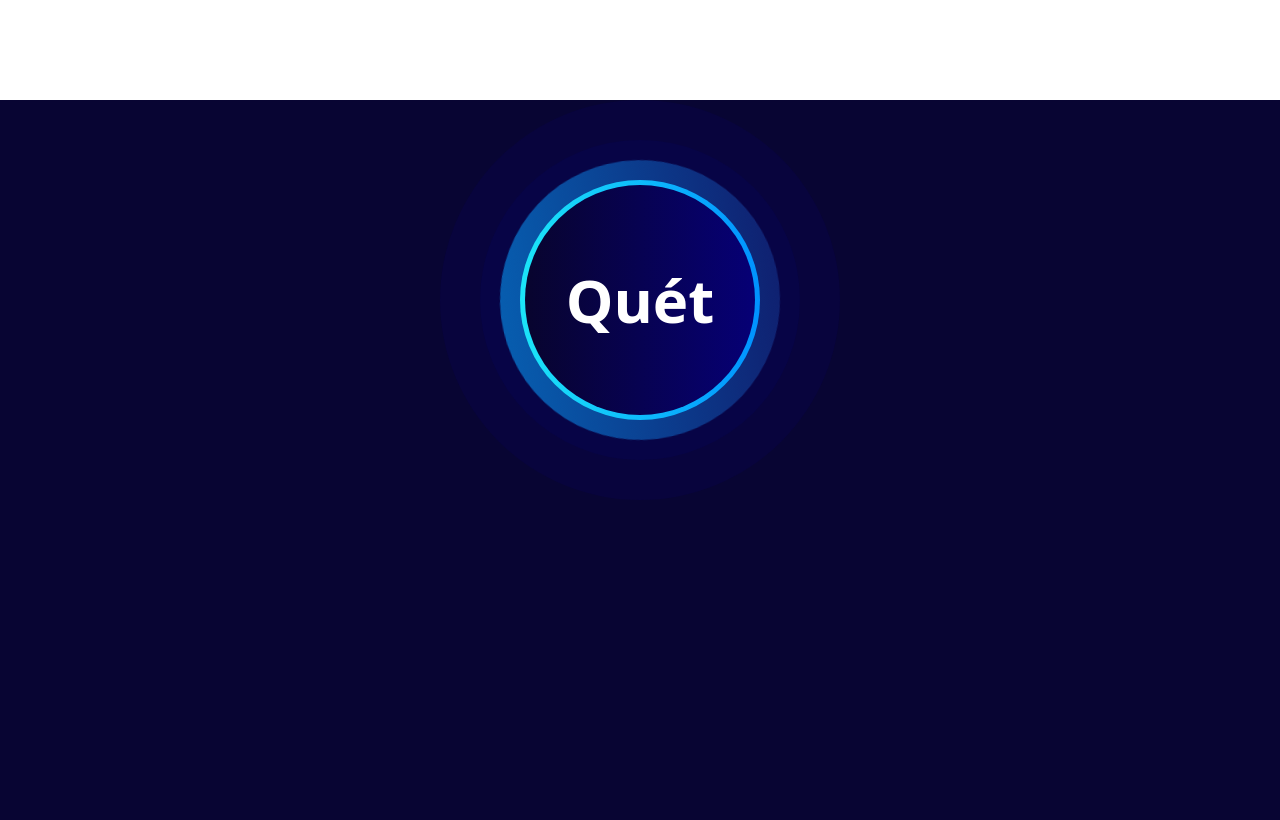
Repository: Kiendz3202/anti-virus-landingpage-mobile
Page: /
These files come from the project's save history. The page is drawn as it stood at one moment and after the next save; the edit follows.
The browser window is 1280 px wide. The pictures show the whole page.
The project was rebuilt for these pictures with package versions that can differ from the ones it lists, and the page was loaded fresh each time. The framework's server and built-in components were replaced by stand-ins that run in the browser. Also part of the build but not shown: next.config.js, components/ScanResult.js.

Above is the page before, as saved 2023-01-08 19:07:44.

After the next save:
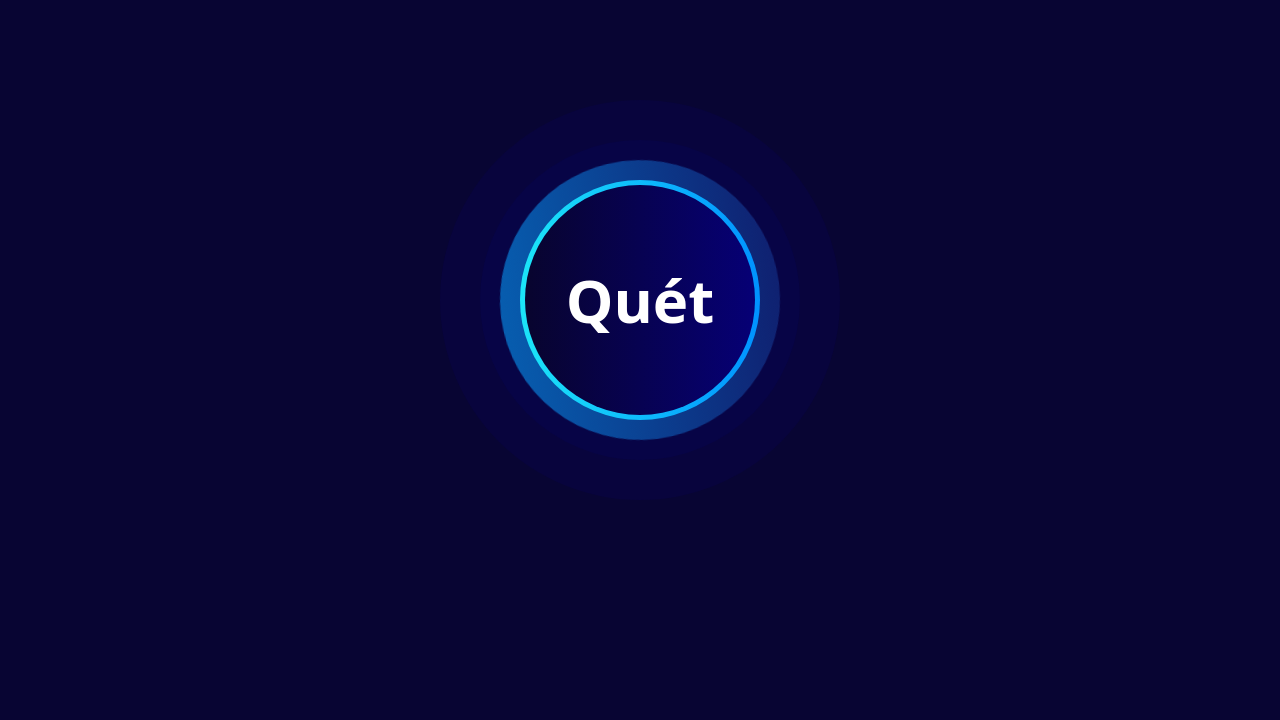
Saved 7 s later.
--- a/views/index.js
+++ b/views/index.js
@@ -26,7 +26,7 @@
 	return (
 		<div className="h-screen bg-[#080533]">
 			<div
-				className={` w-full   transition-all ease-in-out duration-[1500ms] mt-[10rem] ${
+				className={` w-full   transition-all ease-in-out duration-[1500ms] pt-[10rem] ${
 					showResult ? ' h-[0px]' : 'h-screen'
 				}`}
 			>
